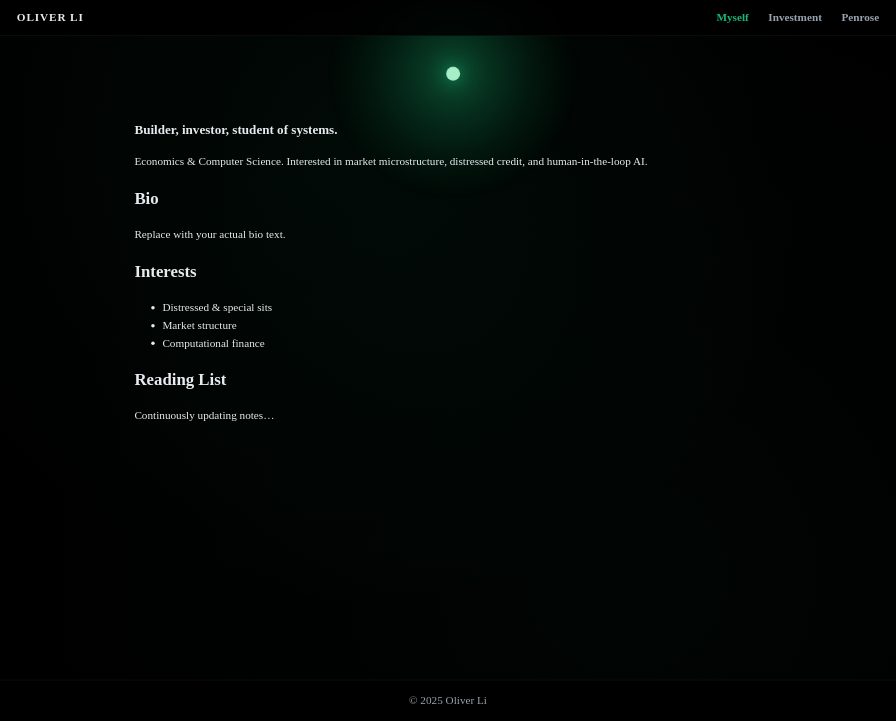
Repository: oliverli1728/portfolio
Page: index.html
The author's editor kept a copy of each file at every save. The page is drawn from the files as they stood at one save, then again after the next save.
The browser window is 1280 px wide. The pictures show the part of the page from y = 0 to 1920 px (the page is 1030 px tall before and 3190 px after), at 70% of full size.
Some web fonts or font styles are not loaded; a fallback is used.

Above is the page before, as saved 2025-09-25 22:51:30.

After the next save:
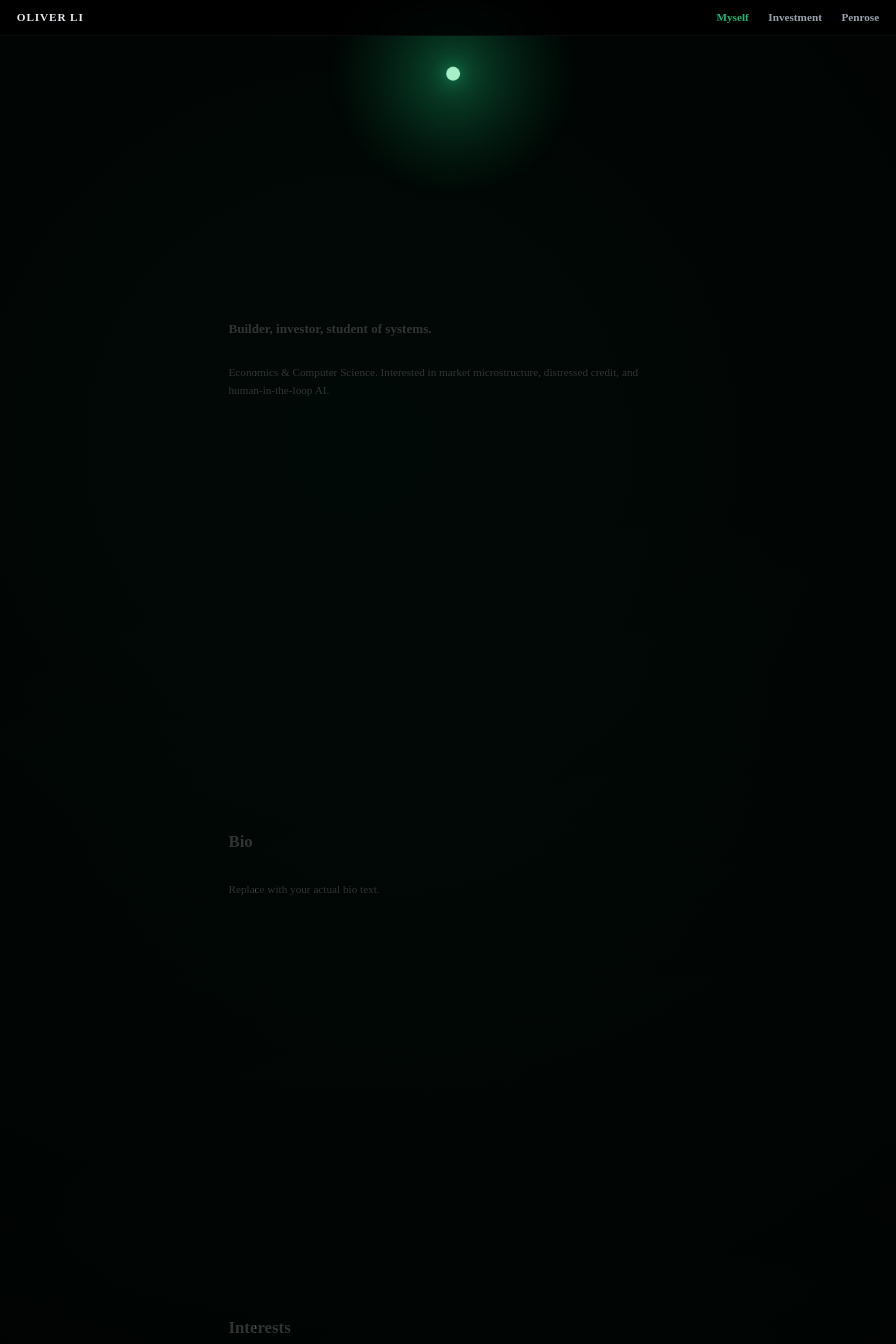
Saved 16 s later.
--- a/style.css
+++ b/style.css
@@ -31,8 +31,23 @@ body{
 .tab-content{ display:none; min-height:100vh; padding:100px 15%; position:relative; z-index:1; line-height:1.6; }
 .tab-content.active{ display:block; }
 
-[data-fade]{ opacity:0; transform:translateY(24px); transition: opacity .8s ease, transform .8s ease; }
-[data-fade].in-view{ opacity:1; transform:none; }
+.myself-block{
+  min-height:100vh; /* each fills viewport */
+  display:flex;
+  flex-direction:column;
+  justify-content:center;
+  padding:0 15%;
+  line-height:1.6;
+}
+
+[data-fade]{
+  opacity:0.2;
+  transition: opacity 0.6s ease, text-shadow 0.6s ease;
+}
+[data-fade].lit{
+  opacity:1;
+  text-shadow:0 0 15px rgba(26,183,116,0.7);
+}
 
 /* Penrose */
 .penrose-container{ position:relative; display:flex; flex-direction:column; align-items:center; justify-content:center; height:100vh; overflow:hidden; }
